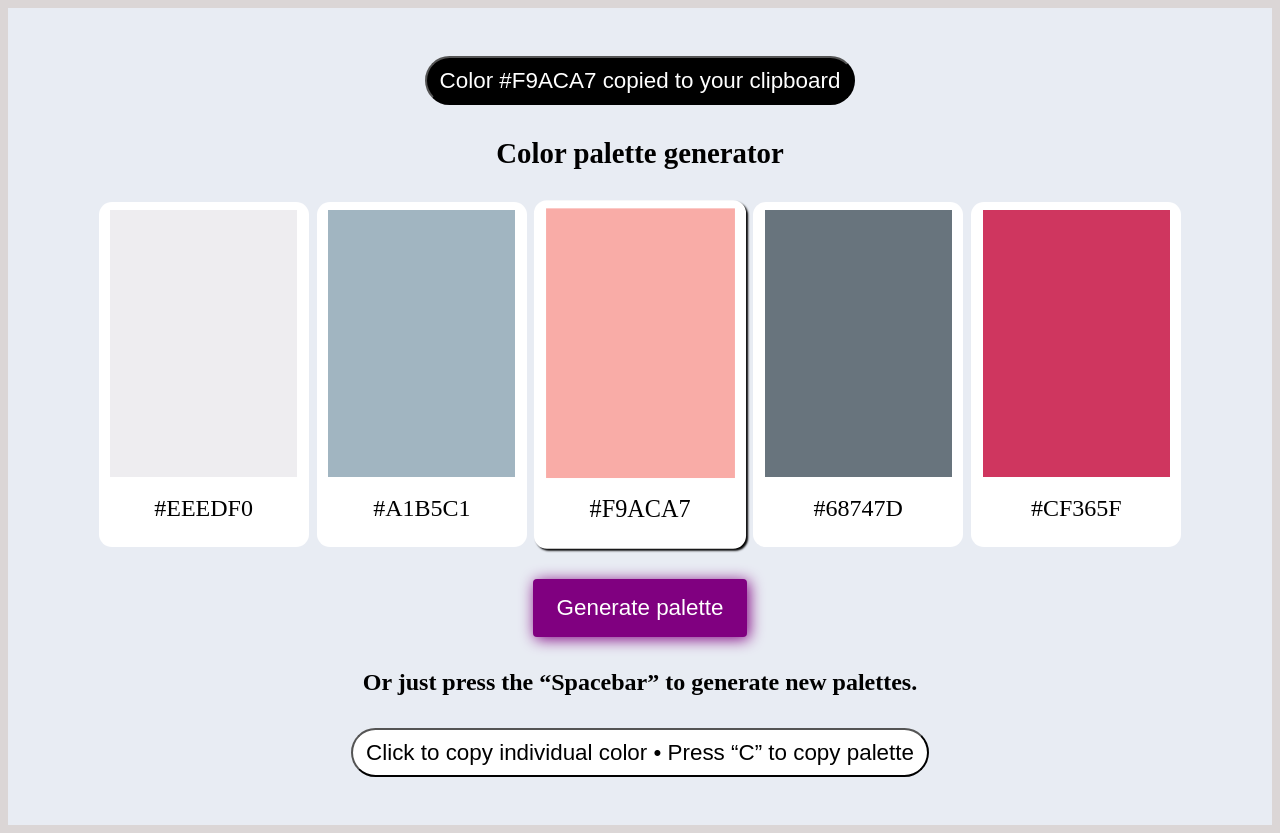
Repository: Hcmwebs/Color-Palette-Generator
Page: index.html
These files come from the project's save history. The page is drawn as it stood at one moment and after the next save; the edit follows.
The browser window is 1280 px wide. The pictures show the whole page.

Above is the page before, as saved 2020-07-07 12:09:12.

After the next save:
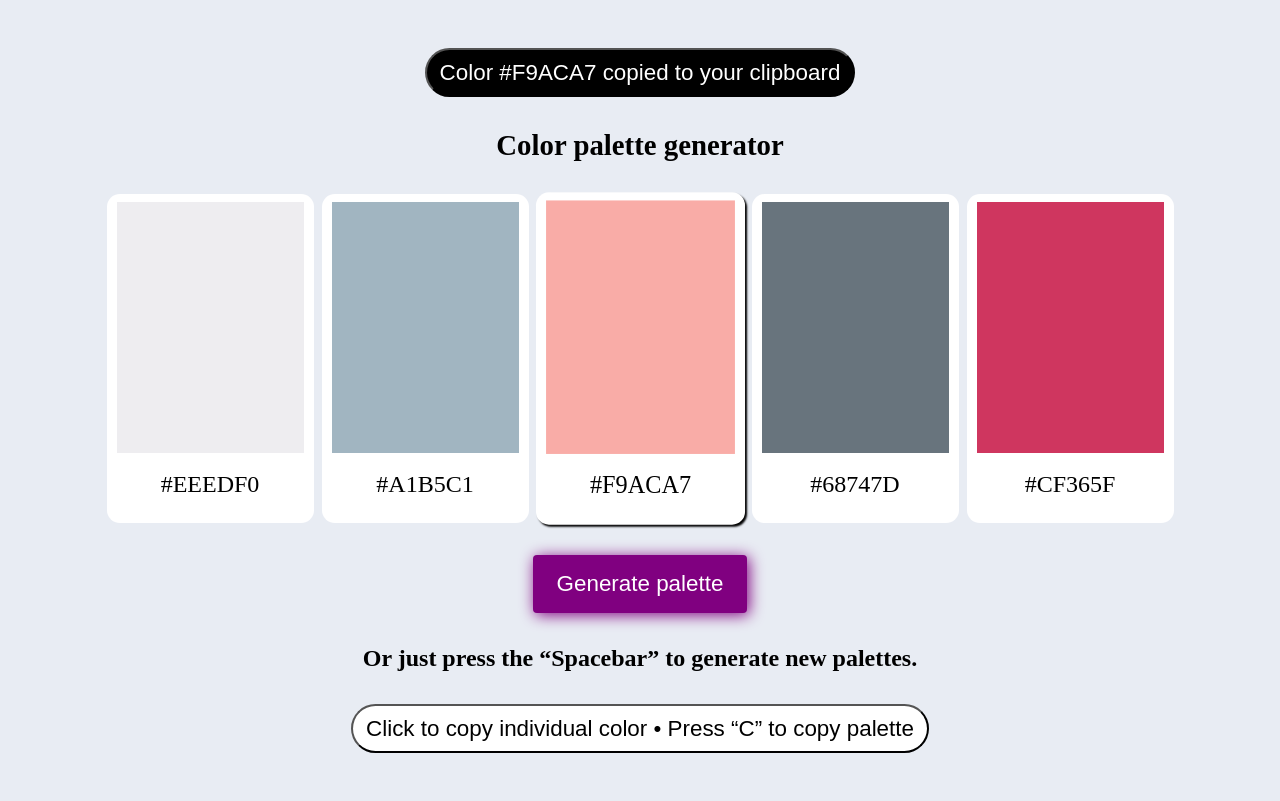
Saved 3 min 41 s later.
--- a/styles.css
+++ b/styles.css
@@ -1,4 +1,4 @@
-*¨{
+*{
     box-sizing: border-box;
     margin: 0;
     padding: 0;
